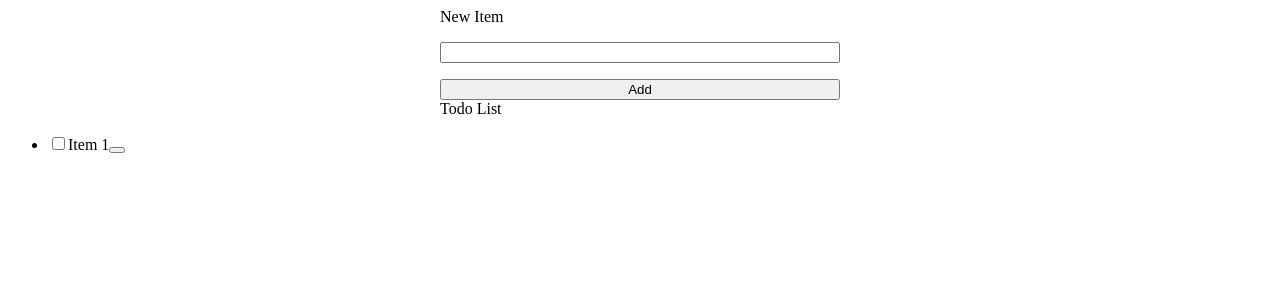
Repository: emmanuel2011-program/react-to-do-list
Page: /
An editor plug-in stored every save of this project. The page is shown before and after the next save, followed by the edit.
The browser window is 1280 px wide. The pictures show the whole page.
The project was rebuilt for these pictures with package versions that can differ from the ones it lists, and the page was loaded fresh each time. Also part of the build but not shown: vite.config.js.

Above is the page before, as saved 2025-11-02 03:14:08.

After the next save:
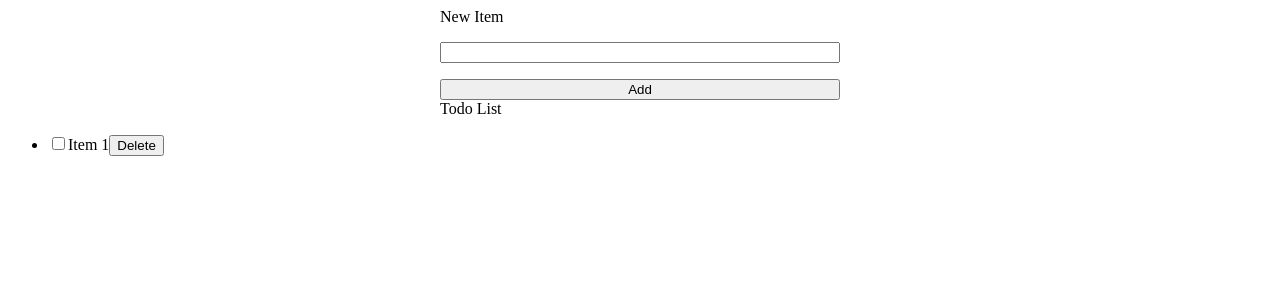
Saved 18 s later.
--- a/src/App.jsx
+++ b/src/App.jsx
@@ -16,7 +16,7 @@ export default function App() {
         <input type="checkbox" />
         Item 1
       </label>
-      <button className="btn btn-danger"></button>
+      <button className="btn btn-danger">Delete</button>
     </li>
   </ul>
   </>
